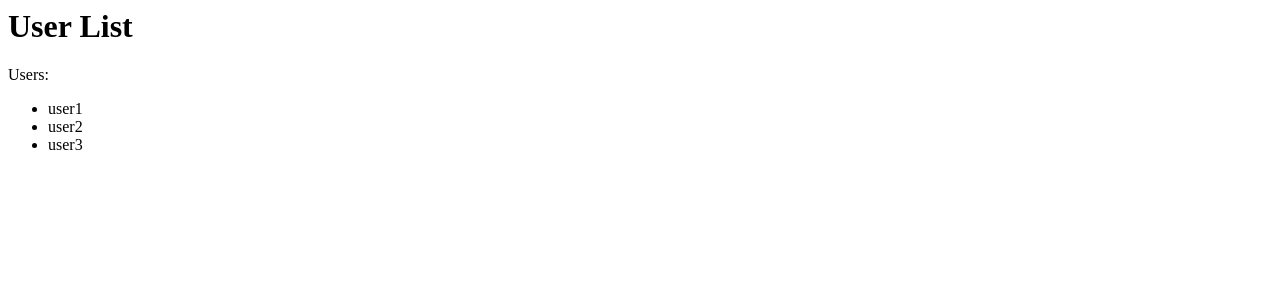
Repository: dhc518/WebProgramming_2023
Page: http://localhost/JSPStudy/self/userlist.jsp
An editor plug-in stored every save of this project. The page is shown before and after the next save, followed by the edit.
The browser window is 1280 px wide. The pictures show the whole page.
The page is served by Tomcat 9.

Above is the page before, as saved 2023-04-07 06:23:43.

After the next save:
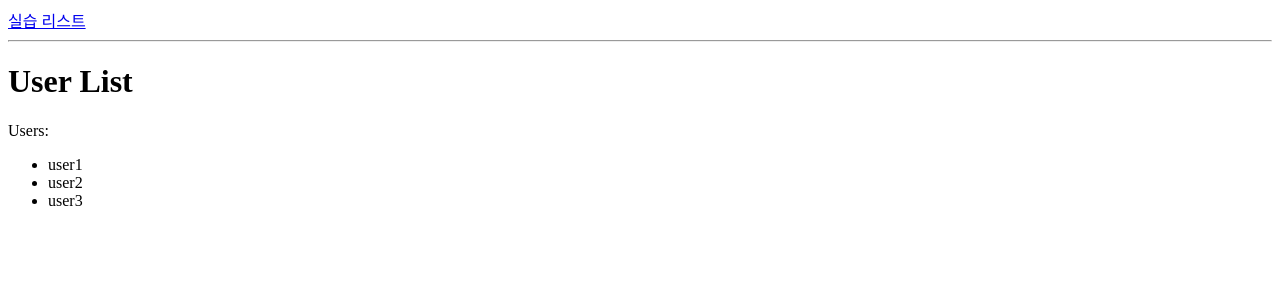
Saved 3 min 49 s later.
--- a/Project/JSPStudy/src/main/webapp/self/userlist.jsp
+++ b/Project/JSPStudy/src/main/webapp/self/userlist.jsp
@@ -26,6 +26,9 @@
     <title>User List</title>
   </head>
   <body>
+	<a href="http://localhost:8080/JSPStudy/List.jsp"> 실습 리스트</a>
+	<br>
+	<hr>
     <h1>User List</h1>
     <p>Users:</p>
     <ul>
